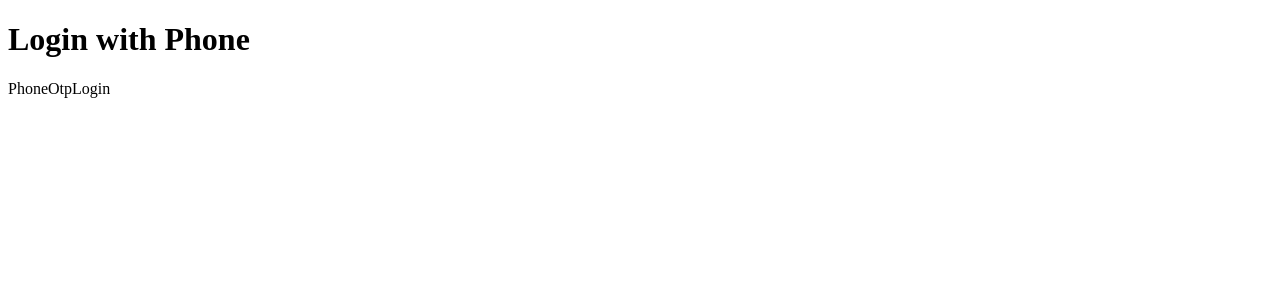
Repository: s-babaeizadeh/OTP-Login
Page: /
These files come from the project's save history. The page is drawn as it stood at one moment and after the next save; the edit follows.
The browser window is 1280 px wide. The pictures show the whole page.
The project was rebuilt for these pictures with package versions that can differ from the ones it lists, and the page was loaded fresh each time. Also part of the build but not shown: vite.config.js, src/index.css.

Above is the page before, as saved 2024-08-03 11:58:30.

After the next save:
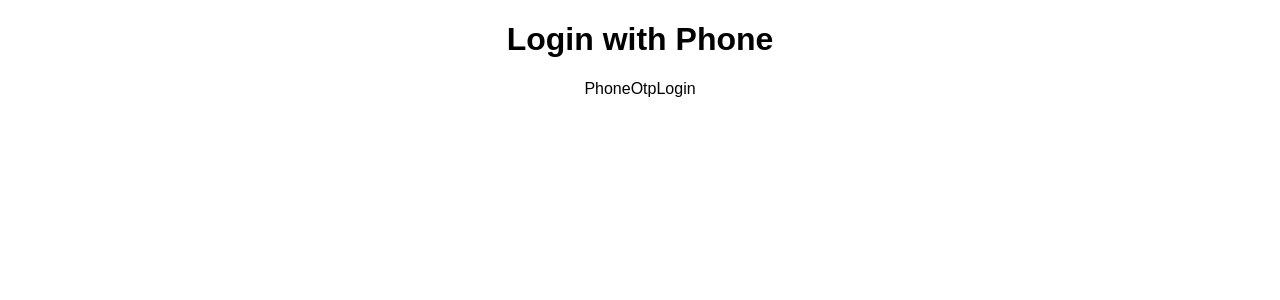
Saved 66 s later.
--- a/src/App.jsx
+++ b/src/App.jsx
@@ -4,7 +4,7 @@ import PhoneOtpLogin from "./components/PhoneOtpLogin";
 function App() {
   return (
     <>
-      <div>
+      <div className="App">
         <h1>Login with Phone</h1>
         <PhoneOtpLogin />
       </div>
